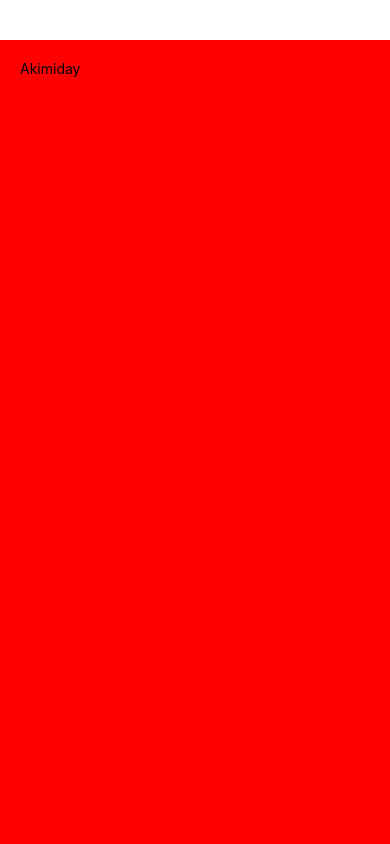
Repository: akinmiday/ReactNativeApp
Screen: /
An editor plug-in stored every save of this project. The screen is shown before and after the next save, followed by the edit.
The app was drawn by React Native's web renderer in a window 390 px wide. The project was rebuilt for these pictures with package versions that can differ from the ones it lists, and the page was loaded fresh each time.

Above is the screen before, as saved 2023-08-03 18:44:29.

After the next save:
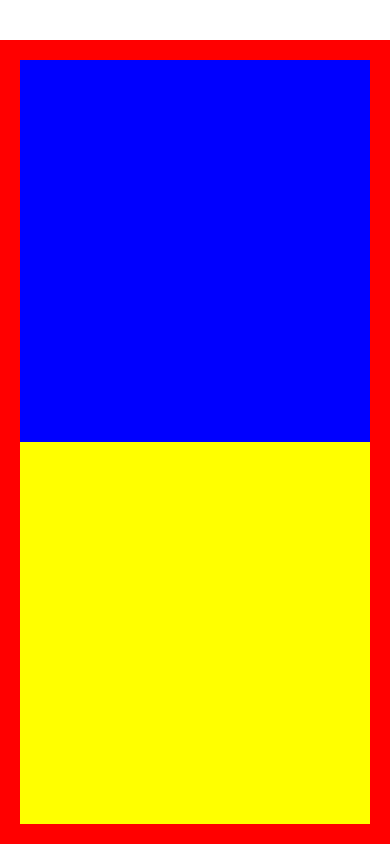
Saved 2 min 41 s later.
--- a/App.js
+++ b/App.js
@@ -16,7 +16,8 @@ export default function App() {
 
   return (
     <View style={container}>
-      <Text>Akimiday</Text>
+      <View style={{ backgroundColor: "blue", flex: 1 }}></View>
+      <View style={{ backgroundColor: "yellow", flex: 1 }}></View>
     </View>
   );
 }
